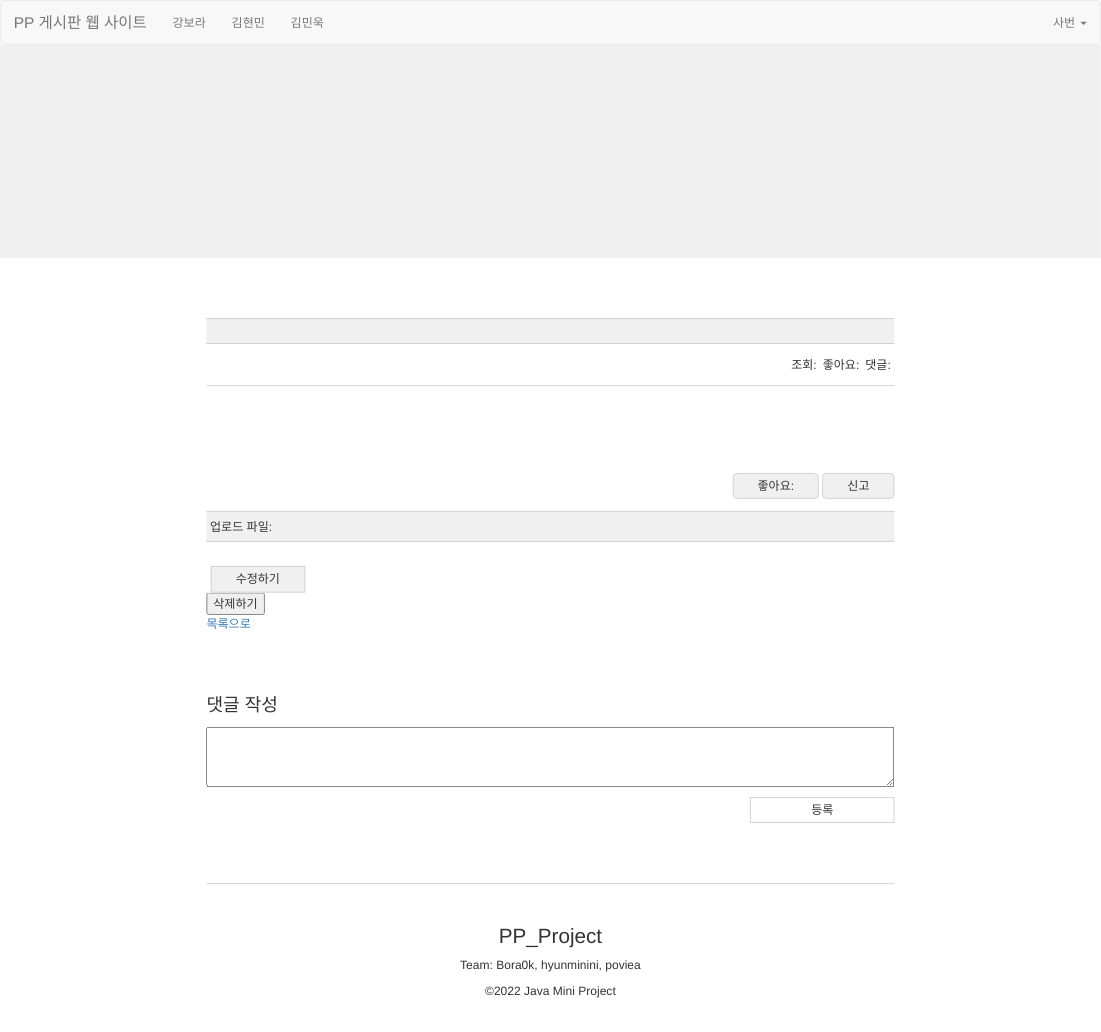
Repository: hyunminini/CommunityPage
Page: http://localhost/PP_Project/boardRead.jsp
The author's editor kept a copy of each file at every save. The page is drawn from the files as they stood at one save, then again after the next save.
The browser window is 1280 px wide. The pictures show the whole page, at 86% of full size.
Some web libraries are served in a nearby version. The page is served by Tomcat 9. Other server files are loaded and not shown. The template is opened directly, without the code that normally fills it, so the values that code supplies are empty.

Above is the page before, as saved 2022-09-29 08:14:41.

### PP_Project/WebContent/boardRead.jsp
<%@ page language="java" contentType="text/html; charset=utf-8" pageEncoding="utf-8"%>
<%@ taglib prefix="c" uri="http://java.sun.com/jsp/jstl/core" %>
<!DOCTYPE html>
<html>
<head>
<meta http-equiv="Content-Type" content="text/html; charset=utf-8">
<meta name="viewport" content="width=device-width" initial-scal="1">
<link rel="stylesheet" href="css/bootstrap.css">
<link rel="stylesheet" href="css/board.css">
<link rel="stylesheet" href="css/layout.css">
<title>BoardRead.jsp</title>
<script language=javascript>

function sendUpdate(){
		document.requestForm.command.value ="updateForm";
		document.requestForm.submit();
}

function likeToggle() {
	document.requestForm.submit();
}


</script>
<style>
footer {
	height: auto;
	background: none;
}
.ft-wrap {
	border-top: 1px solid #ccc;
	text-align: center;
	padding: 2em 0em 2em 0em;
}

@charset "UTF-8";

	.board-text-flex {
		display: flex;
		justify-content: space-between;
		align-items: center;
		padding: 3em 0 1em 0;
	}
	.board-text-flex h3 {
		margin: 0px;
	}
	.board-text-flex p {
		margin: 0px;
	}
	.form-wrap {
		width: 100%;
		max-width: 1000px;
		margin: 0 auto;
	}
	.board-in-text {
		margin: 0px;
		font-size: 1.2em;
		margin-left: 1em;
		padding: 10px 0px 10px 0px;
	}
	.category {
		width: 25%;
		margin-left: 0.5em;
	}
	.title {
		width: 50%;
		margin-left: 0.5em;
	}
	.btn-wrap {
		text-align: right;
	}
	.submit {
		margin-top: 0.5em;
		width: 15%;
	}
	.left-td {
		width: 10em;
	}
	.comment {
		width: 100%;
		height: 5em;
	}

	.max-wrap{
		width:100%;
		max-width:800px;
		margin: 0 auto;
	}

	.board-wrap {
		margin-top: 5em;
	}

	.read-title {
		border-top: 1px solid #ccc;
		border-bottom: 1px solid #ccc;
		background-color: #f0f0f0;
		display: flex;
		justify-content: space-between;
		align-items: center;
		padding: 1em 0.5em 1em 0.5em;
	}

	.read-title p{
		margin: 0;
	}
	.read-conwrap {
		margin: 0px;
		padding: 1em 0.3em 1em 0.3em;
		border-bottom: 1px solid #ccc;
		display: flex;
		justify-content: space-between;
	}

	.ename {
		margin: 0px;
	}

	.read-con {
		margin: 0px;
		display: flex;
		align-items: center;
	}

	.read-con li {
		list-style: none;
		margin-left: 0.5em;
	}

	.data-btn {
		padding-top: 2em;
	}



</style>
</head>
<body>

<!-- 네비게이션 -->
<nav class="navbar navbar-default">
		<!-- 네비게이션 상단 Header  -->
		<div class="navnar-header">
			<button
				type="button"
				class="navbar-toggle collapese"
				data-toggle="collapse"
				data-target="#bs-example-navbar-collapse-1"
				aria-expanded="false">

				<span class="icon-bar"></span>
				<span class="icon-bar"></span>
				<span class="icon-bar"></span>
			</button>
			<!-- <a class="navbar-brand" href="main.jsp"> -->
			<a class="navbar-brand" href="board.do">
				PP 게시판 웹 사이트
			</a>
		</div>

		<!-- 메뉴 영역 깃허브 링크 이동 -->
		<div class="collapse navbar-collapse" id="bs-example-navbar-collapse-1">
			<ul class="nav navbar-nav">
				<li><a href="#">강보라</a></li>
				<li><a href="#">김현민</a></li>
				<li><a href="#">김민욱</a></li>
			</ul>

			<!-- 메뉴 드랍다운 영역 -->
			<ul class="nav navbar-nav navbar-right">
				<li class="dropdown">
					<a href="#"
						class="dropdown-toggle"
						data-toggle="dropdown"
						role="button"
						aria-haspopup="true"
						aria-expanded="false"
					>
					사번  ${empno}

					<span class="caret"></span>
					</a>

				<!-- 드랍다운 아이템 영역 -->
				<ul class="dropdown-menu">

					<c:choose>
						<c:when test="${sessionScope.empno == 1001}">
							<li class="active">
								<a href="logoutAction.jsp">관리자 페이지 이동</a>
							</li>
							<li>
								<a href="logoutAction.jsp">로그아웃</a>
							</li>
						</c:when>
						<c:otherwise>
							<li class="active">
								<a href="logoutAction.jsp">로그아웃</a>
							</li>
						</c:otherwise>
					</c:choose>
				</ul>
			</li>
		</ul>
	</div>
</nav>
	<!-- 메인 이미지 -->
<div class="mainImg"></div>

<div class="board-wrap">
	<div class="max-wrap">
		<div class="read-title">

			<p><span>${requestScope.resultContent.category}</span> ${requestScope.resultContent.title}</p>
            <p>${requestScope.resultContent.write_date}</p>
    	</div>
		<div class="read-conwrap">
			<p class="ename">${requestScope.resultContent.ename}</p>

			<ul class="read-con">
				<li>조회: ${requestScope.resultContent.readnum} </li>
				<li>좋아요: </li>
				<li>댓글: </li>
			</ul>
		</div>

		<div class="board">
			${requestScope.resultContent.content}
		</div>


	<!-- 좋아요 눌럿는지 안눌럿는지 -->
<%-- 	<select id="findLike" resultType="int">
		select count(*) from vegan_like where board_no = #{board_cnum} and user_no = #{user_no}
	</select> --%>

	<div class="btn-wrap">
		<button onClick="likeToggle()">좋아요: </button>
		<button>신고</button>
	</div>

	<div class="upload-wrap">
		<div class="upload-fail">업로드 파일:</div>
	</div>

    <% String board_cnum = (String) request.getParameter("board_cnum"); %>
    <div class="data-btn">
    	<form id="data-form" name="requestForm" method=post action="board.do?command=updateForm&board_cnum=<%=board_cnum %>">
			<input type=hidden name=board_cnum value="${requestScope.resultContent.board_cnum}">
			<input type=hidden name="command" value="read">
			<input type="hidden" name="title" value="${requestScope.resultContent.title}">
			<input type="hidden" name="content" value="${requestScope.resultContent.content}>">
			<input type="hidden" name="ename" value="${requestScope.resultContent.ename}">
			<c:choose>
				<c:when test="${sessionScope.empno == 1001}">
					<input type=button value="수정하기" onClick="sendUpdate()">
				</c:when>
				<c:when test="${sessionScope.empno == param.empno}">
					<input type=button value="수정하기" onClick="sendUpdate()">
				</c:when>
				<c:otherwise>

				</c:otherwise>
			</c:choose>
		</form>
	</div>
		<form method="post" action="board.do?command=delete&board_cnum=<%=board_cnum %>">
			<c:choose>
				<c:when test="${sessionScope.empno == 1001}">
					<button type="submit">삭제하기</button>
				</c:when>
				<c:when test="${sessionScope.empno == param.empno}">
					<button type="submit">삭제하기</button>
				</c:when>
				<c:otherwise>

				</c:otherwise>
			</c:choose>
			<input type=hidden name="command" value="delete" />
			<input type=hidden name="empno" value="${empno}"/>
			<input type="hidden" name="board_cnum" value="<%=board_cnum %>" />
		</form>
		<a id="loginForm" href="board.do">목록으로 </a><br/>

		<c:forEach items="${requestScope.coms}" var ="data">
		<div class="comment-wrap">
			<div class="in-content">
				<div>
					<h3>${data.ename} <span>${data.co_write_date}</span></h3>
				</div>
				<div>
					<form class="in-btn">
						<button onClick="commentDelete()">삭제하기</button>
						<button onClick="commentDelete()">수정하기</button>
						<button>신고하기</button>
					</form>
				</div>
			</div>

			<p>${data.co_content}</p>
		</div>
	</c:forEach>

	<div class="comment-add">
		<p>댓글 작성</p>
	</div>
	<div class="add-wrap">
	<form action="board.do" method="post">
		<input type="hidden" name="command" value="comment">
		<input type="hidden" name="empno"  value="${empno}">
		<input type="hidden" name="ename" value="${requestScope.resultContent.ename}">
		<input type="hidden" name="board_cnum" value="${param.board_cnum}"></input>
		<textarea class="comment" name="co_content" cols="50" rows="10"></textarea>
		<input id="add" type="submit" value="등록">
	</form>
	<div>

	</div>
	</div>
	</div>
</div>
<footer>
	<div class="max-wrap">
		<div class="ft-wrap">
			<h3>PP_Project</h3>
			<p>Team: Bora0k, hyunminini, poviea</p>
			<p>©2022 Java Mini Project</p>
		</div>
	</div>
</footer>
<script src="https://code.jquery.com/jquery-3.1.1.min.js"></script>
<script src="js/bootstrap.js"></script>
</body>
</html>

### PP_Project/WebContent/css/board.css
@charset "UTF-8";
	/* BoardRead */
	.board-text-flex {
		display: flex;
		justify-content: space-between;
		align-items: center;
		padding: 3em 0 1em 0;
	}
	.board-text-flex h3 {
		margin: 0px;
	}
	.board-text-flex p {
		margin: 0px;
	}
	.form-wrap {
		width: 100%;
		max-width: 1000px;
		margin: 0 auto;
	}
	.board-in-text {
		margin: 0px;
		font-size: 1.2em;
		margin-left: 1em;
		padding: 10px 0px 10px 0px;
	}
	.category {
		width: 25%;
		margin-left: 0.5em;
	}
	.title {
		width: 50%;
		margin-left: 0.5em;
	}
	.btn-wrap {
		text-align: right;
	}
	.submit {
		margin-top: 0.5em;
		width: 15%;
	}
	.left-td {
		width: 10em;
	}
	textarea {
		width: 100%;
		height: 35em;
	}

	.max-wrap{
		width:100%;
		max-width:800px;
		margin: 0 auto;
	}

	.board-wrap {
		margin-top: 5em;
	}

	.read-title {
		border-top: 1px solid #ccc;
		border-bottom: 1px solid #ccc;
		background-color: #f0f0f0;
		display: flex;
		justify-content: space-between;
		align-items: center;
		padding: 1em 0.5em 1em 0.5em;
	}

	.read-title p{
		margin: 0;
	}
	.read-conwrap {
		margin: 0px;
		padding: 1em 0.3em 1em 0.3em;
		border-bottom: 1px solid #ccc;
		display: flex;
		justify-content: space-between;
	}

	.ename {
		margin: 0px;
	}

	.read-con {
		margin: 0px;
		display: flex;
		align-items: center;
	}

	.read-con li {
		list-style: none;
		margin-left: 0.5em;
	}

	.data-btn {
		padding-top: 1em;
	}

	.upload-wrap {
		width: 100%;
		margin-top: 2em;
		padding: 0.5em 0.3em 0.5em 0.3em;
		border-bottom: 1px solid #ccc;
		border-top: 1px solid #ccc;
		background: #f0f0f0;
	}

	.btn-wrap {
		margin-top: 5em;
	}
	.btn-wrap button {
		background: #f0f0f0;
		border: 1px solid #ccc;
		border-radius: 5px;
		padding: 0.3em 2em 0.3em 2em;
	}
	.upload-wrap {
		width: 100%;
		margin-top: 1em;
		padding: 0.5em 0.3em 0.5em 0.3em;
		border-bottom: 1px solid #ccc;
		border-top: 1px solid #ccc;
		background: #f0f0f0;
	}

	.data-btn {
		display: flex;
		justify-content: space-between;
		padding-top: 1em;
	}

	.data-btn > * {
		margin-left: 5px;
		margin-right: 5px;
	}

	.board {
		padding: 1em 0.3em 1em 0.3em;
		font-size: 1.1em;
		line-height: 32px;
	}

	#data-form input {
		background: #f0f0f0;
		border: 1px solid #ccc;
		padding: 0.3em 2em 0.3em 2em;
	}

	#data-form input:hover {
		transition: 0.5s;
		background: #f9f9f9;
	}

	#data-form input:active {
		background: #e9e9e9;
	}

	#loginForm button {
		background: #f0f0f0;
		border: 1px solid #ccc;
		padding: 0.3em 2em 0.3em 2em;
	}

	#loginForm button:hover {
		transition: 0.5s;
		background: #f9f9f9;
	}

	#loginForm button:active {
		background: #e9e9e9;
	}

	#add {
		margin-top: 0.5em;
		background: #fff;
		border: 1px solid #ccc;
		padding: 0.3em 5em 0.3em 5em;
	}

	.in-btn button {
		background: #fff;
		border: 1px solid #ccc;
		margin-left: 0.7em;
	}

	.in-btn button:hover {
		transition: 0.5s;
		opacity: 0.5;
	}

	.comment-wrap {
		width: 100%;
		margin-top: 1em;
		padding: 0.5em 1em 0.5em 1em;
		border-bottom: 1px solid #ccc;
		border-radius: 0px;
	}

	.comment-wrap h3 {
		font-size: 1.5em;
	}

	.comment-wrap p {
		margin: 0px;
		padding: 0.5em 0em 0.5em 0em;
	}

	.comment-wrap span {
		color: #ccc;
		font-size: 0.6em;
		margin-left: 1em;
	}

	.comment-add {
		margin-top: 5em;
	}

	.comment-add p {
		font-size: 1.5em;
	}

	.comment {
		height: 10em;
	}

	.in-content {
		display: flex;
		justify-content: space-between;
		align-items: center;
	}

	.add-wrap {
		text-align: right;
	}

### PP_Project/WebContent/css/layout.css
@charset "UTF-8";

	.navbar {
		margin: 0;
	}
	.mainImg {
		background: #f0f0f0;
		width: 100%;
		height: 248px;
	}

	footer {
		width:100%;
		height: auto;
		margin: 0 auto;
		margin-top: 5em;
	}

	.ft-wrap {
		border-top: 1px solid #ccc;
		text-align: center;
		padding: 2em 0em 2em 0em;
	}

Loaded but not shown: PP_Project/WebContent/css/bootstrap.css (library); PP_Project/WebContent/js/bootstrap.js (library)

After the next save:
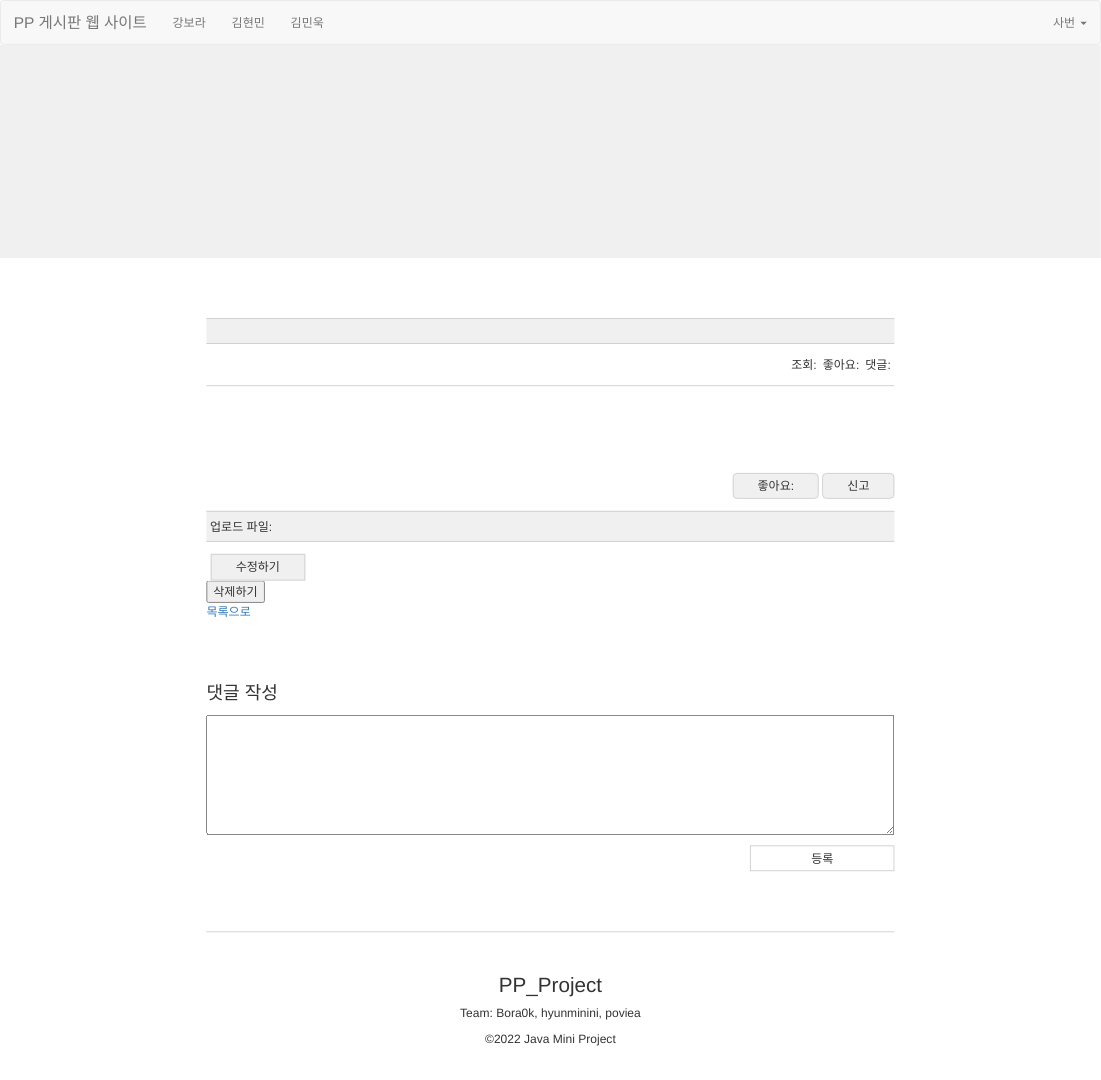
Saved 62 s later.
--- a/PP_Project/WebContent/boardRead.jsp
+++ b/PP_Project/WebContent/boardRead.jsp
@@ -129,6 +129,143 @@ footer {
 
 	.data-btn {
 		padding-top: 2em;
+	}
+
+	.upload-wrap {
+		width: 100%;
+		margin-top: 2em;
+		padding: 0.5em 0.3em 0.5em 0.3em;
+		border-bottom: 1px solid #ccc;
+		border-top: 1px solid #ccc;
+		background: #f0f0f0;
+	}
+
+	.btn-wrap {
+		margin-top: 5em;
+	}
+	.btn-wrap button {
+		background: #f0f0f0;
+		border: 1px solid #ccc;
+		border-radius: 5px;
+		padding: 0.3em 2em 0.3em 2em;
+	}
+	.upload-wrap {
+		width: 100%;
+		margin-top: 1em;
+		padding: 0.5em 0.3em 0.5em 0.3em;
+		border-bottom: 1px solid #ccc;
+		border-top: 1px solid #ccc;
+		background: #f0f0f0;
+	}
+
+	.data-btn {
+		display: flex;
+		justify-content: space-between;
+		padding-top: 1em;
+	}
+
+	.data-btn > * {
+		margin-left: 5px;
+		margin-right: 5px;
+	}
+
+	.board {
+		padding: 1em 0.3em 1em 0.3em;
+		font-size: 1.1em;
+		line-height: 32px;
+	}
+
+	#data-form input {
+		background: #f0f0f0;
+		border: 1px solid #ccc;
+		padding: 0.3em 2em 0.3em 2em;
+	}
+
+	#data-form input:hover {
+		transition: 0.5s;
+		background: #f9f9f9;
+	}
+
+	#data-form input:active {
+		background: #e9e9e9;
+	}
+
+	#loginForm button {
+		background: #f0f0f0;
+		border: 1px solid #ccc;
+		padding: 0.3em 2em 0.3em 2em;
+	}
+
+	#loginForm button:hover {
+		transition: 0.5s;
+		background: #f9f9f9;
+	}
+
+	#loginForm button:active {
+		background: #e9e9e9;
+	}
+
+	#add {
+		margin-top: 0.5em;
+		background: #fff;
+		border: 1px solid #ccc;
+		padding: 0.3em 5em 0.3em 5em;
+	}
+
+	.in-btn button {
+		background: #fff;
+		border: 1px solid #ccc;
+		margin-left: 0.7em;
+	}
+
+	.in-btn button:hover {
+		transition: 0.5s;
+		opacity: 0.5;
+	}
+
+	.comment-wrap {
+		width: 100%;
+		margin-top: 1em;
+		padding: 0.5em 1em 0.5em 1em;
+		border-bottom: 1px solid #ccc;
+		border-radius: 0px;
+	}
+
+	.comment-wrap h3 {
+		font-size: 1.5em;
+	}
+
+	.comment-wrap p {
+		margin: 0px;
+		padding: 0.5em 0em 0.5em 0em;
+	}
+
+	.comment-wrap span {
+		color: #ccc;
+		font-size: 0.6em;
+		margin-left: 1em;
+	}
+
+	.comment-add {
+		margin-top: 5em;
+	}
+
+	.comment-add p {
+		font-size: 1.5em;
+	}
+
+	.comment {
+		height: 10em;
+	}
+
+	.in-content {
+		display: flex;
+		justify-content: space-between;
+		align-items: center;
+	}
+
+	.add-wrap {
+		text-align: right;
 	}
 
 
